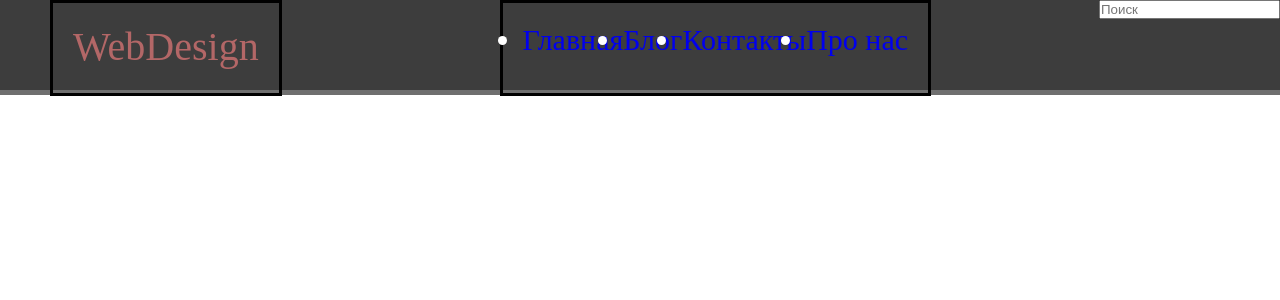
Repository: andbaik/Itprog
Page: index.htm
An editor plug-in stored every save of this project. The page is shown before and after the next save, followed by the edit.
The browser window is 1280 px wide. The pictures show the whole page.

Above is the page before, as saved 2021-01-19 16:21:26.

### index.htm
<!DOCTYPE html>
<html lang="en">
<head>
    <meta charset="UTF-8">
    <meta name="viewport" content="width=device-width, initial-scale=1.0">
    <link rel="stylesheet" href="css/style.css">
    <title>Моя страница</title>
</head>
<body>
    <div class="header">
        <div class="logo">
            <a href="#">WebDesign</a>
        </div>
        <div class="nav">
                <ul>
                    <li><a href="#">Главная</a></li>
                    <li><a href="#">Блог</a></li>
                    <li><a href="#">Контакты</a></li>
                    <li><a href="#">Про нас</a></li>
                </ul>
        </div>
        <div class="search">
            <form action="" method="POST" id="search" name="search">
                <input type="text" placeholder="Поиск">
            </form>
        </div>
    </div>
</body>
</html>

### css/style.css
* {
    margin: 0;
    padding: 0;
}

.header {
    display: flex;
    vertical-align: center;
    width: 100%;
    height: 90px;
    background-color: #3D3D3D;
    border-bottom: 5px solid #6F6F6F;

}
a {

    text-decoration: none;
}
.logo {
    height: 50px;
    weight: 150px;
    margin: 0px 50px;
    padding: 20px;
    border: 3px solid black;
    vertical-align: center;
}
.logo a{
    color: #B36767;
    font-size: 40px;


}
.nav {
    height: 50px;
    width: auto;
    padding: 20px;
    margin: 0 auto;
    color: #fff;
    font-size: 30px;

    border: 3px solid black;
}

.nav li{
    list-style: ;

}


.header ul {
    display: flex;
}

After the next save:
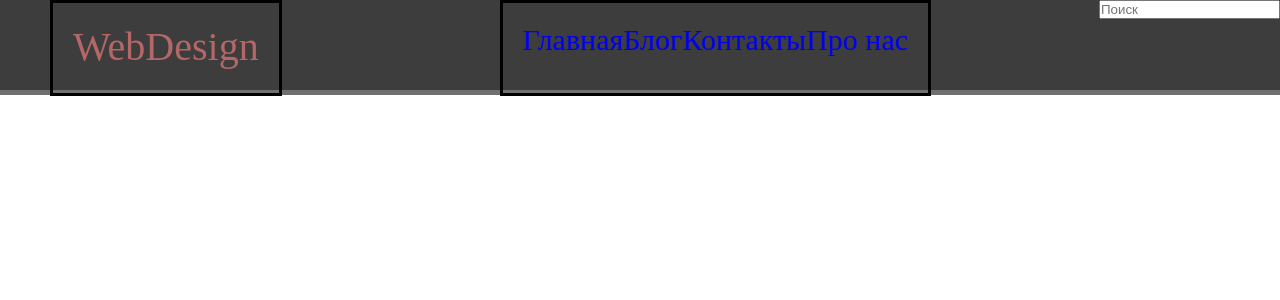
Saved 5 s later.
--- a/css/style.css
+++ b/css/style.css
@@ -42,7 +42,7 @@ a {
 }
 
 .nav li{
-    list-style: ;
+    list-style: none;
 
 }
 
